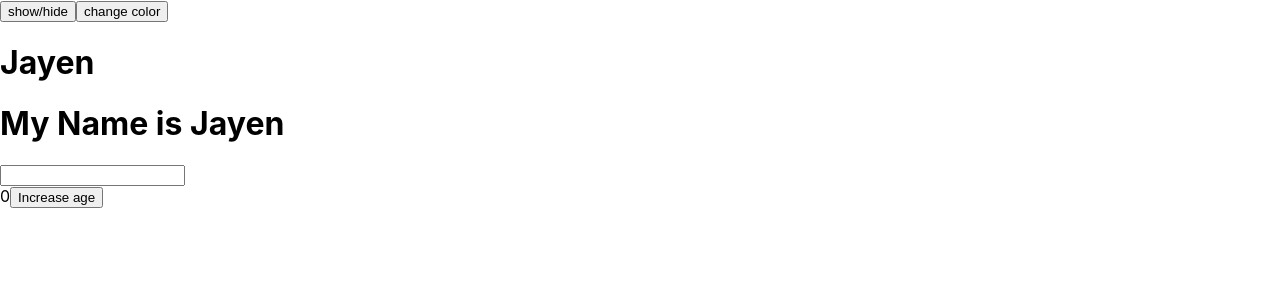
Repository: iamjayenmthakuri/todolist
Page: /
An editor plug-in stored every save of this project. The page is shown before and after the next save, followed by the edit.
The browser window is 1280 px wide. The pictures show the whole page.
The project was rebuilt for these pictures with package versions that can differ from the ones it lists, and the page was loaded fresh each time.

Above is the page before, as saved 2022-09-18 23:35:00.

After the next save:
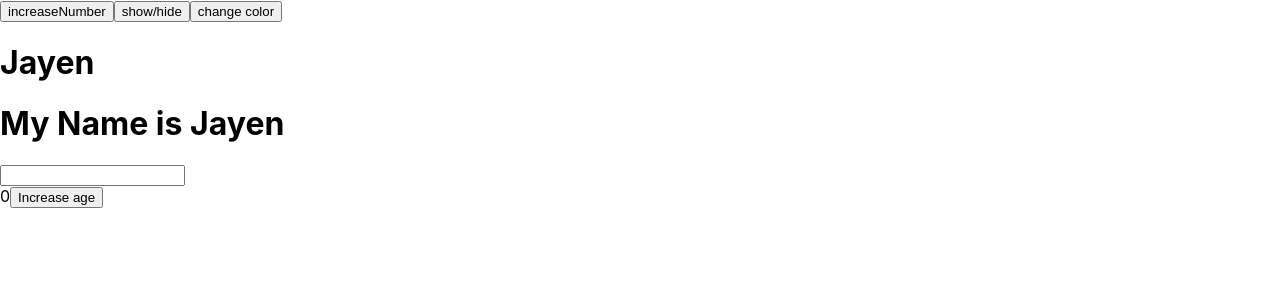
Saved 4 min 40 s later.
--- a/src/App.js
+++ b/src/App.js
@@ -1,6 +1,11 @@
 import React,{useState} from 'react';
 
 function App() {
+  const [count,setCount]=useState(0);
+
+  const toggleNumber = (event)=>{
+        setCount(count+1);
+  }
   const [showText,setShowText]=useState(true);
 
   const [age,setAge] =useState(0);
@@ -14,7 +19,14 @@ const handleInputChange =(event)=>{
 }
 const [textColor,setTextColor]=useState("black");
   return (
-  <><button onClick={()=>{
+  <>
+  <button onClick={toggleNumber}>increaseNumber</button>
+
+
+
+
+
+  <button onClick={()=>{
     setShowText(!showText);}}>
       show/hide
       </button>
